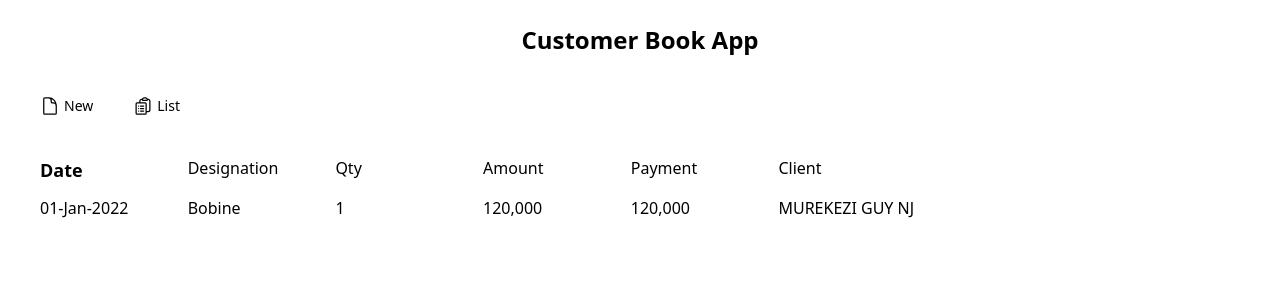
Repository: higirobruce/customerbookapp
Page: /
An editor plug-in stored every save of this project. The page is shown before and after the next save, followed by the edit.
The browser window is 1280 px wide. The pictures show the whole page.
The project was rebuilt for these pictures with package versions that can differ from the ones it lists, and the page was loaded fresh each time. The framework's server and built-in components were replaced by stand-ins that run in the browser. Also part of the build but not shown: next.config.js, components/layout/sidebar.js.

Above is the page before, as saved 2022-11-24 16:48:15.

### pages/index.js
import Head from "next/head";
import Image from "next/image";
import Sidebar from "../components/layout/sidebar";
import MainScreen from "../components/layout/mainScreen";

const Home = () => {
  return (
    <div className="flex min-h-screen flex-row">
      {/* <Sidebar /> */}
      <MainScreen />
    </div>
  );
};

export default Home;

### components/layout/mainScreen.js
import React, { useState } from "react";
import {
  DocumentIcon,
  ClipboardDocumentListIcon,
} from "@heroicons/react/24/outline";
import RecordsTable from "../common/records";

const records = [
  {
    date: "01-Jan-2022",
    designation: "Bobine",
    qty: "1",
    amount: "120,000",
    payment: "120,000",
    client: "MUREKEZI GUY NJ",
  },
];

export default function MainScreen() {
  let [viewPort, setViewPort] = useState("list");

  return (
    <div className="flex flex-col w-full pt-6 space-y-10">
      {/* header */}
      <div className="flex justify-center text-2xl font-semibold">
        Customer Book App
      </div>
      {/* Menu bar */}
      <div className="flex flex-row px-10 space-x-10">
        <div
          className="flex flex-row space-x-1 items-center cursor-pointer"
          onClick={() => setViewPort("new")}
        >
          <DocumentIcon className="h-5 w-5" />
          <div className="text-sm ">New</div>
        </div>

        <div
          className="flex flex-row space-x-1 items-center cursor-pointer"
          onClick={() => setViewPort("list")}
        >
          <ClipboardDocumentListIcon className="h-5 w-5" />
          <div className="text-sm ">List</div>
        </div>
      </div>
      {/* Body */}

      <div className="flex px-10 ">
        {viewPort === "list" && <RecordsTable data={records} />}
        {viewPort === "new" && <div>New</div>}
      </div>
    </div>
  );
}

### components/common/records.js
import React from 'react'

export default function RecordsTable({data}) {

  return (
    <div>
        <div className='grid grid-cols-6 gap-3'>
                <div className='text-lg font-semibold mb-3'>Date</div>
                <div>Designation</div>
                <div>Qty</div>
                <div>Amount</div>
                <div>Payment</div>
                <div>Client</div>
            </div>
        {data.map($=>{
            return <div className='grid grid-cols-6 gap-3'>
                <div>{$.date}</div>
                <div>{$.designation}</div>
                <div>{$.qty}</div>
                <div>{$.amount}</div>
                <div>{$.payment}</div>
                <div>{$.client}</div>
            </div>
        })}
    </div>
  )
}

Loaded but not shown: pages/_app.tsx (common file); styles/globals.css (common file); tailwind.config.js (common file)

After the next save:
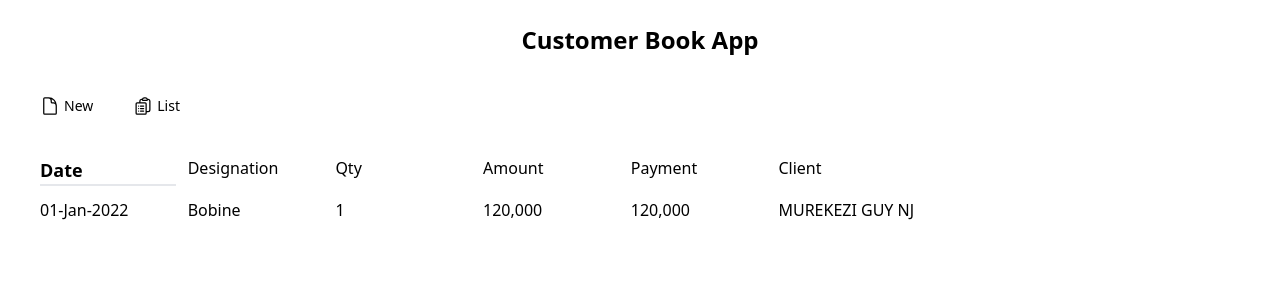
Saved 59 s later.
--- a/components/common/records.js
+++ b/components/common/records.js
@@ -5,7 +5,7 @@ export default function RecordsTable({data}) {
   return (
     <div>
         <div className='grid grid-cols-6 gap-3'>
-                <div className='text-lg font-semibold mb-3'>Date</div>
+                <div className='text-lg font-semibold border-b-2 mb-3'>Date</div>
                 <div>Designation</div>
                 <div>Qty</div>
                 <div>Amount</div>
